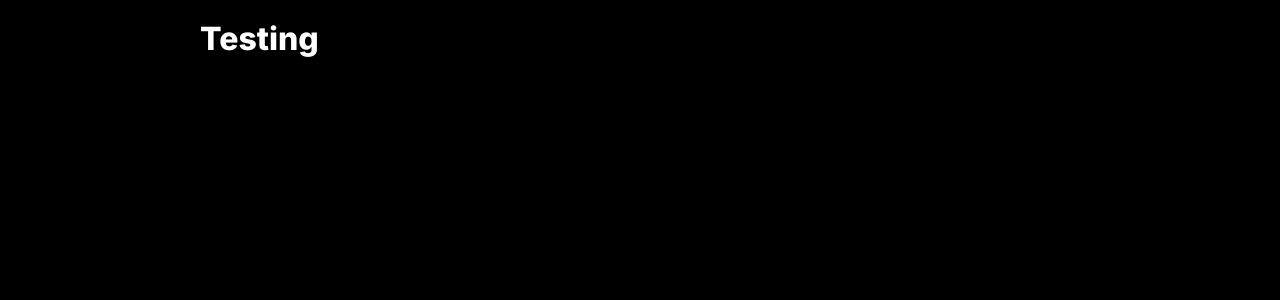
Repository: al-XLeMEsTRE/Around-The-U.S
Page: index.html
The author's editor kept a copy of each file at every save. The page is drawn from the files as they stood at one save, then again after the next save.
The browser window is 1280 px wide. The pictures show the whole page.

Above is the page before, as saved 2023-12-12 12:04:52.

### index.html
<!DOCTYPE html>
<html lang="en">
  <head>
    <meta charset="UTF-8" />
    <meta name="viewport" content="width=device-width, initial-scale=1" />
    <meta name="author" content="Gregory Alexandre" />
    <meta
      name="description"
      content="Discover breathtaking landscapes across the U.S. with our travel guide inspired by the legendary explorer Jacques Cousteau. Explore Yosemite Valley, Lake Louise, and the Bald Mountains."
    />
    <meta
      name="keywords"
      content="Jacques Cousteau, explorer, exploration, travel, adventure, nature, landscapes, Yosemite Valley, Lake Louise, Bald Mountains, scenic views, national parks, outdoor photography, travel inspiration"
    />
    <title>Around the U.S</title>
    <link rel="shortcut icon" href="./favicon.ico" />
    <link rel="stylesheet" type="text/css" href="./pages/index.css" />
    <!-- Additional tags such as Open Graph and Twitter cards can be added here for social media optimization -->
    <!-- Open Graph meta tags -->
    <meta
      property="og:title"
      content="Explore with Jacques Cousteau | U.S. Landscapes"
    />
    <meta
      property="og:description"
      content="Join the journey through the most picturesque landscapes of the U.S., following in the footsteps of Jacques Cousteau."
    />
    <meta property="og:image" content="./images/og-image.jpg" />
    <meta property="og:type" content="website" />
  </head>

  <body class="page">
    <div class="content"><h1>Testing</h1></div>
  </body>
</html>

### pages/index.css
@import url("../vendor/normalize.css");
@import url("../vendor/fonts.css");
@import url("../blocks/page.css");
@import url("../blocks/header.css");
@import url("../blocks/content.css");
@import url("../blocks/profile.css");
@import url("../blocks/footer.css");
@import url("../blocks/card.css");
@import url("../blocks/cards.css");

### vendor/fonts.css
@font-face {
  font-family: "Inter";
  font-style: normal;
  font-weight: 400;
  font-display: swap;
  src: url("./fonts/Inter-Regular.woff2") format("woff2");
}

@font-face {
  font-family: "Inter";
  font-style: normal;
  font-weight: 500;
  font-display: swap;
  src: url("./fonts/Inter-Medium.woff2") format("woff2");
}

@font-face {
  font-family: "Inter";
  font-style: normal;
  font-weight: 800;
  font-display: swap;
  src: url("./fonts/Inter-ExtraBold.woff2") format("woff2");
}

### blocks/page.css
.page {
  font-family: Inter, Arial, Helvetica, sans-serif;
  background-color: black;
  color: white;
}

.content {
  margin-left: 200px;
  margin-right: 200px;
}

Loaded but not shown: vendor/normalize.css (library); blocks/header.css (no stored copy; drawn as an empty file); blocks/content.css (no stored copy; drawn as an empty file); blocks/profile.css (no stored copy; drawn as an empty file); blocks/footer.css (no stored copy; drawn as an empty file); blocks/card.css (no stored copy; drawn as an empty file); blocks/cards.css (no stored copy; drawn as an empty file)

After the next save:
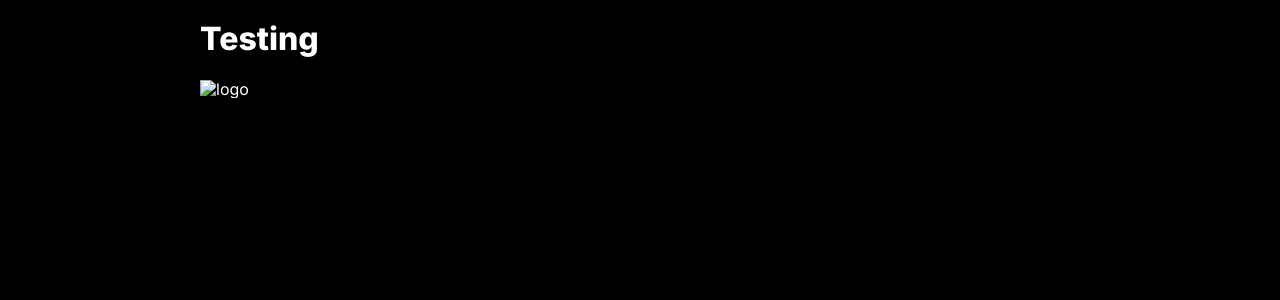
Not found: images/hero-image.jpg
Saved 4 min 12 s later.
--- a/index.html
+++ b/index.html
@@ -30,6 +30,11 @@
   </head>
 
   <body class="page">
-    <div class="content"><h1>Testing</h1></div>
+    <div class="content">
+      <h1>Testing</h1>
+      <header class="header">
+        <img src="./images/hero-image.jpg" alt="logo" class="header__logo"
+      </header>
+    </div>
   </body>
 </html>
